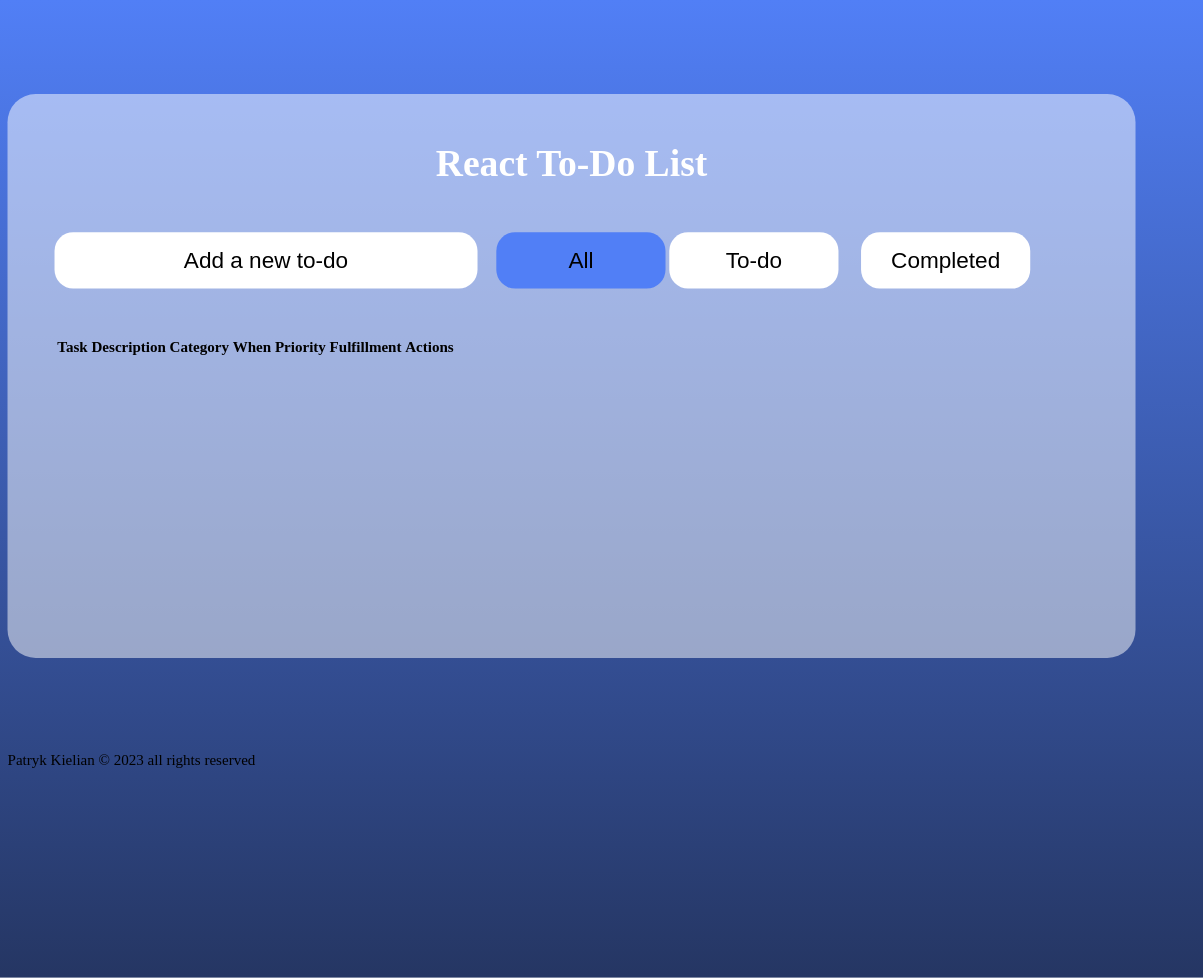
Repository: mirajane2/maquette-todo
Page: index.html
These files come from the project's save history. The page is drawn as it stood at one moment and after the next save; the edit follows.
The browser window is 1280 px wide. The pictures show the whole page, at 94% of full size.

Above is the page before, as saved 2024-11-13 11:19:55.

### index.html
<!DOCTYPE html>
<html lang="fr">
<head>
    <meta charset="UTF-8">
    <meta name="viewport" content="width=device-width, initial-scale=1.0">
    <link rel="stylesheet" href="index.css">
    <title>Maquette Figma</title>
</head>
<body>
    <div class="container">
        <div class="content">
            <h1 class="titre">React To-Do List</h1>
            <div class="control">
                <button class="taches"> Add a new to-do</button>
                <div class="choix_selection">
                    <button class="show">All</button>
                    <button class="options">To-do</button>
                    <button class="options">Completed</button>
                </div>
            </div>

            <div class="table">
                <table>
                    <thead>
                        <tr>
                            <th>Task</th>
                            <th>Description</th>
                            <th>Category</th>
                            <th>When</th>
                            <th>Priority</th>
                            <th>Fulfillment</th>
                            <th>Actions</th>
                        </tr>
                    </thead>
                    <tbody class="valeur">
                        <script src="script.js"></script>
                    </tbody>
                </table>
            </div>
        </div>
        <footer>
            <p>Patryk Kielian © 2023 all rights reserved</p>
        </footer>
    </div>
</body>
</html>

### index.css
html{
    min-height: 100vh;
    background: linear-gradient(180deg, #517FF6, #253663);
}

.container {
    width: 1197px;
    height: 932px;
}

.content{
    width: 1100px;
    min-height: 500px;
    background-color: #FFFFFF80;
    border-radius: 30px;
    margin: 100px auto;
    padding: 50px;
}

.titre{
    color: #FFFFFF;
    text-align: center;
    font-weight: 700px;
    font-size: 40px;
    margin: 0 auto;
}

.control{
    flex-direction: row;
    display: flex;
    /* justify-content: space-between; */
    margin: 50px 0;
}

.taches{
    font-size: 24px;
    font-weight: 400px;
    height: 60px;
    width: 450px;
    border-radius: 20px;
    border: none;
    background-color: #FFFFFF;

}

.show{
    background-color: #517FF6;
    border-radius: 20px;
    width: 180px;
    height: 60px;
    font-size: 24px;
    margin-left: 20px;
    padding: 0;
    border: none;
}

.options{
    background-color: #FFFFFF;
    width: 180px;
    height: 60px;
    border-radius: 20px;
    font-size: 24px;
    border: none;
    margin-right: 20px;
}

Loaded but not shown: script.js (no stored copy; drawn as an empty file)

After the next save:
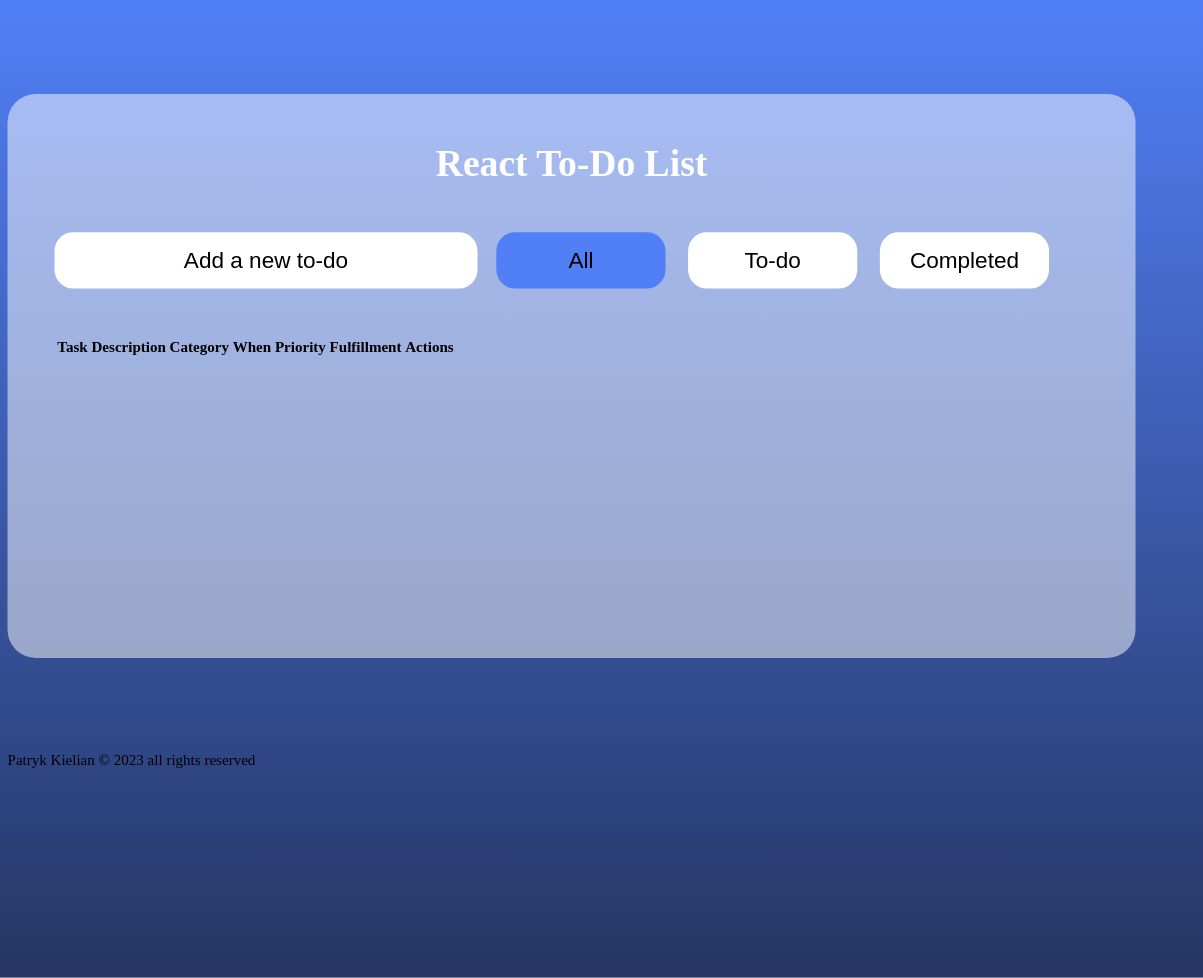
Saved 13 s later.
--- a/index.css
+++ b/index.css
@@ -61,5 +61,5 @@ html{
     border-radius: 20px;
     font-size: 24px;
     border: none;
-    margin-right: 20px;
+    margin-left: 20px;
 }
